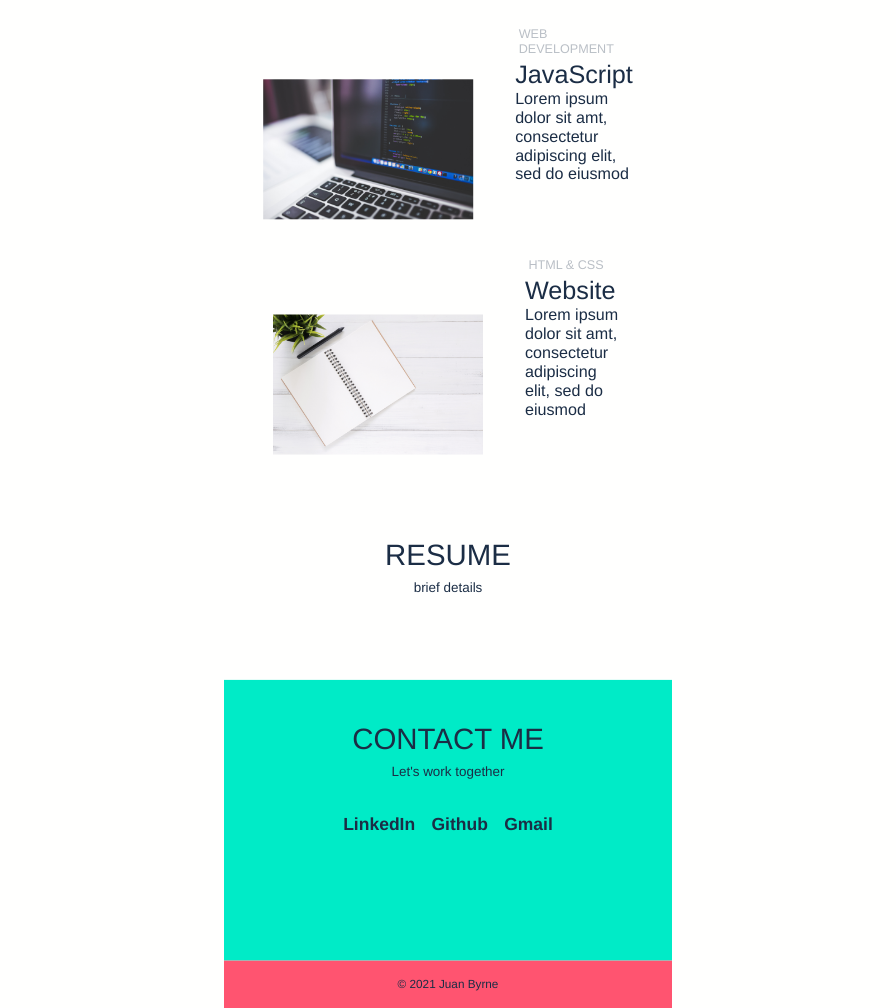
Repository: jb150524/JB-Portfolio
Page: index.html
These files come from the project's save history. The page is drawn as it stood at one moment and after the next save; the edit follows.
The browser window is 1280 px wide. The pictures show the part of the page from y = 2786 to 4706 px (the page is 4226 px tall before and 4706 px after), at 70% of full size.
Some icons come from a web library that is not loaded, so they are not drawn.

Above is the page before, as saved 2021-07-24 19:52:15.

### index.html
<!DOCTYPE html>
<!-- saved from url=(0053)file:///Users/jja/FullStack_HW/juanwebsite/index.html -->

    <html lang="en"><head><meta http-equiv="Content-Type" content="text/html; charset=UTF-8">

    <meta http-equiv="X-UA-Compatible" content="IE=edge">
    <meta name="viewport" content="width=device-width, initial-scale=1.0">

    <!-- CSS style sheet -->
    <link rel="stylesheet" href="style.css">



    <title>Juan's Portfolio</title>
    </head>

    <body>
    <header>
      <nav class="top-nav">
       <ul class="nav-list">
       <li>
       <a href="file:///Users/jja/FullStack_HW/juanwebsite/index.html">Home</a>
       <a href="file:///Users/jja/FullStack_HW/juanwebsite/index.html#about">About</a>
       <a href="file:///Users/jja/FullStack_HW/juanwebsite/index.html#portfolio">Portfolio</a>
       <a href="file:///Users/jja/FullStack_HW/juanwebsite/index.html#resume">Resume</a>
       <a href="file:///Users/jja/FullStack_HW/juanwebsite/index.html#contact">Contact</a>
       </li>
      </ul>
      </nav>

    <div class="main">
      <div class="landing-text">
        <h1>JuanByrne</h1>
        <h6>Graphic Designer and Web Developer</h6>
      </div>
    </div>
    </header>

    <section class="about" id="about">
      <div class="container">
        <a class="about-details">
        <div class="about-heading">
        <h1>About</h1>
        <h6>Myself</h6>
      </div>
        <p>
        I'm a Graphic Designer trying to become a full stack developer. I am from Guadalajara, Mexico. I was born in Mexico, but at a young age I moved to the USA. One of my favorite hobbies is playing competative soccer. Playing soccer has taught me perseverance, how to be a team player, and most importantly how to lose. I currently live in Wayne, Pennsylvania, but have previously lived in Guadalajara, Mexico and Orange County, California. I want to become a web developer because I want to learn a skill that motivates me and pushes me to try new things. I am excited about web developing and want a career that gives me a spark, like I get when I play soccer, with competitiveness, passion, and the belief that I can succeed.
        </p>
        </a>
        </div>
        </section>
        <a class="about-details">
          <section class="experience" id="experience">
            <div class="container">
                <div class="section-heading">
                <h1>Experience</h1>
                <h6>What I can do for you</h6>
            </div>
        <div class="my-skills">
          <div class="skills" ="">
           <div class="icon-container">
            <i class="fas fa-code"></i>
          </div>
          <h1>Graphic Designer</h1>
            <p>
            I'm a Graphic Designer with 2 years of experience working in the advertising industry. Possesses a high degree of competence using programs such as Adobe Photoshop, InDesign, and HTML & CSS.
            </p>
        </div>

        <div class="skills">
          <div class="icon-container">
          <i class="fas fa.codse"></i>
          </div>
          <h1>Web Development</h1>
          <p>
          Learning to become a Web developer and to sharpen my skills. I have a great understanding in Javascript and HTML & CSS.
          </p>
        </div>
        </div>
        </div>
        </section>
        </a>
        <section class="portfolio" id="portfolio"><a class="about-details">
          </a>
          <div class="container"><a class="about-details">
          <div class="section-heading">
           <h1>Portfolio</h1>
           <h6>View my recent work</h6>
        </div>
          </a>
          <div class="portfolio-item"><a class="about-details">
          <div class="portfolio-img has-margin-right">
            <img src="images/desk.jpg" alt="">
          </div>
            </a><div class="portfolio-description"><a class="about-details">
              <h6>Graphic Designer</h6>
              <h1>Illustrator</h1>
              <p>
              Designed content for customer brochure, banners and rack cards using Adobe Illustrator, Adobe InDesign and Photoshop.
              </p>
            </a><a href="file:///Users/jja/FullStack_HW/juanwebsite/index.html#" class="cta"> View Details</a>
        </div>
        </div>
        <div>
        <div class="portfolio-item">
          <div class="portfolio-img has-margin-right">
            <img src="images/laptop.jpg" alt="">
            </div>
            <div class="portfolio-description">
            <h6>Web Development</h6>
            <h1>JavaScript</h1>
            <p>
            Lorem ipsum dolor sit amt, consectetur adipiscing elit, sed do eiusmod
            </p>
            <a href="file:///Users/jja/FullStack_HW/juanwebsite/index.html#" class="cta"> View Details</a>
            </div>
        </div>
        <div>
          <div class="portfolio-item">
            <div class="portfolio-img has-margin-right">
            <img src="images/notebook.jpg" alt="">
            </div>
            <div class="portfolio-description">
            <h6>HTML & CSS</h6>
            <h1>Website</h1>
            <p>
            Lorem ipsum dolor sit amt, consectetur adipiscing elit, sed do eiusmod
            </p>
            <a href="file:///Users/jja/FullStack_HW/juanwebsite/index.html#" class="cta"> View Details</a>
            </div>
            </div>
            </div>
          </div>
        </div>
        </section>

    <section class="resume" id="resume">
      <div class="container">
        <div class="section-heading">
        <h1>Resume</h1>
        <h6>brief details</h6>
      </div>

    <section class="contact" id="contact">
        <div class="container">
          <div class="section-heading">
          <h1>Contact Me</h1>
          <ul>
          <li>
          <h6>Let's work together</h6>
          <a href="file:///Users/jja/FullStack_HW/juanwebsite/www.linkedin.com/in/juan-byrne-43869ab7">LinkedIn</a>
          <a href="https://github.com/jb150524">Github</a>
          <a href="file:///Users/jja/FullStack_HW/juanwebsite/juan1505@gmail.com">Gmail</a>
          </li>
          </ul>
        </div>
       </div>
    </section>

    <footer class="copyright">
      <div class="up" id="up">
       <i class="fas fa-chevron-up"></i>
      </div>
      <p>© 2021 Juan Byrne</p>
    </footer>
  </div>
  </section>

   <!-- adding icons -->
   <script src="https://fontawesome.com/v5.15/icons/code?style=solid" crossorigin="anonymous"></script>

</body>
</html

### style.css
/* Start global*/

* {
    margin: 0;
    padding: 0;
    box-sizing: border-box;
}

html {
    font-size: 12px;
    font-family: Helvetica, sans-serif;
    /* color: rgb(255, 255, 255); */
}

body {
    width: 100%;
    height: 100%;
    background-color: #fffffe;
    background-size: cover;
}

section {
    padding: 60px 0;
}

h6 {
    color: #1b2d45;
    margin: 5px;
}

a {
    text-decoration: none;
    color: #1b2d45;
}

p {
   font-size: 23px;
   font-weight: 300;
   color: #1b2d45;
}



img {
    max-width: 100%;
    height: auto;
}

.main {
    padding: 16px;
    margin-top: 30px;
    height: 1500px; /* Used in this example to enable scrolling */
  }

/* Start reusable*/

.container {
    width: 50%;
    max-width: 120rem;
    height: 100%;
    margin: 0 auto;
    position: relative;
}

.container-details p {
    font-size: 200px;
    padding: 35px;
}

.section-heading {
    text-align: center;
    margin-bottom: 10rem;
}

.section-heading h1 {
    font-family: major mono display, Helvetica, sans-serif;
    font-size: 3.5rem;
    color: #1b2d45;
    text-transform: uppercase;
    font-weight: 300;
    position: relative;
    margin-bottom: 1rem;
}

.section-heading h1::before,
.section-heading h1::after {
    content: "";
    position: absolute;
    bottom: -.5rem;
    left: 50%;
    transform: translateX(-59%);
    background: color #fff8e8;
}

.section-heading h1::before {
    width: 10rem;
    height: 3px;
    border-radius: .8rem;
}

.section-heading h1::after {
    height: 1.5rem;
    border-radius: .100%;
    bottom: 1rem;
}

.section-heading h6 {
    font-size: 1.6rem;
    font-weight: 300;
    margin-bottom: 50px;
}

.has-margin-right {
    margin-right: 5rem;
}
/* End reusable*/

/* Start header*/
header {
    width: 100%;
    height: 100vh;
}

.nav-list {
    z-index: 2;
    top: 0;
    background:#00ebc7;
    overflow: hidden;
    font-size: 35px;
    font-family: major mono display;
    margin: 0;
    padding: 20px;
    position: fixed;
    list-style: none;
    width: 100%;
    display: flex;
    justify-content: center;
    align-items: flex-start;
    text-decoration: none;
}

li {
    margin: 0;
    list-style: none;
}

.nav-link {
    font-family: Arial, Helvetica, sans-serif;
    font-size: 15px;
    padding: 5px;
}

.nav-link:hover,
.nav-ink:focus {
    background: linear-gradient(to top, #5725b3, #9e91e9 );
    -webkit-background-clip: text;
    -webkit-text-fill-color: transparent;

}

.landing-text{
    position: absolute;
    top: 50%;
    left: 50%;
    transform: translate(-50%, -50%);
    width: 100%;
    text-align: center;
    z-index: 1;
}

.landing-text h1 {
    font-size: 150px;
    font-family: major mono display, Helvetica, sans-serif, Helvetica, sans-serif;
    background: linear-gradient(to top, #110202, #000000 );
    -webkit-background-clip: text;
    -webkit-text-fill-color: transparent;
    padding: 1rem;
    user-select: none;

}

.landing-text h6 {
    font-size: 2rem;
    font-weight: 300;
}
/* End header*/

.about .container {
    display: flex;
    align-items: center;
    justify-content: center;
}

.about-heading {
    text-align: center;
    text-transform: uppercase;
    line-height: 10px;
    margin-bottom: 6rem;
}

.about-heading h1 {
    font-size: 10rem;
    opacity: .3;
    font-family: major mono display;
}

.about-heading h6 {
    font-size: 2rem;
    font-weight: 300;
}

/* .about-container p {
   font-size: 50px;
} */

.profile-img {
    max-width: 100%;
    display: inline-block;
}

/* Start services*/

.my-skills {
    display: grid;
    grid-template-columns: repeat(auto-fit, minmax(25rem, 1fr));
    grid-gap: 2.5rem;
    text-align: center;
}

.skills p {
    padding: 15px 5px 5px 5px;
    text-align: left;
}

.skills h1 {
    text-transform: uppercase;
    letter-spacing: 2px;
    margin: 2rem -2px 2rem 0;
}

.icon-container {
    width: 10rem;
    height: 10rem;
    border: 2px solid #1b2d45;
    background-color: #00ebc7;
    margin-bottom: 2rem;
    display: inline-block;
}

.icon-container i {
    color:#1b2d45;
    font-size: 5rem;
    margin: auto;
}
/* End services*/

/* Start portfolio*/

.portfolio-item {
    display: flex;
    align-items: end;
    justify-content: center;
    flex-direction: row;
    flex-wrap: wrap;
    align-content: stretch;
    margin-bottom: 50px;

}
.portfolio-img {
    width: 300px;
    height: 200px;
    background-size: 100%;
}

.portfolio-item:last-child {
    margin: 0;
}

.portfolio-description {
    flex: .5;
    color: #1b2d45;

}

.portfolio-description h1 {
    font-size: 3rem;
    font-weight: 300;
    margin: 1px 0;
    display: contents;
}

.portfolio-description h6 {
    font-size: 1.5rem;
    text-transform: uppercase;
    font-weight: 300;
    opacity: 0.3;
}

.portfolio-description .cta {
    display: inline-block;
    margin-top: 2.5rem;
    font-size: 1.5rem;
    text-transform: uppercase;
    color: #fffffe;
    transition: color 650ms;
}

.portfolio-description .cta:hover {
    color: #2f67cd;
}
/* End portfolio*/


/*Star contact*/

.contact {
    background-color:#00ebc7;
}

.contact a {
    font-weight: bold;
    margin: 10px;
    margin-top: 20px;
    padding: 15px 0;
    text-align: center;
    font-size: 25px;
}

/*End contact*/

/*Star footer*/

.copyright {
    width: 100%;
    text-align: center;
    background-color:#ff5470;
    padding: 2rem 0;
    position: absolute;
    display: block;
}

/* .up {
    position: absolute;
    width: 5rem;
    height: 5rem;
    background-color: burlywood;
    top: -2.5rem;
    right: 5rem;
    border-radius: 100%;
    display: flex;
    animation: pulse 2s infinite;
    cursor: pointer;
}

.up i {
    color: navy;
    font-size: 2rem;
    margin: auto;
} */

.copyright p {
    font-size: 1.4rem;
}
/*End footer*/

/*Start Button animation*/

@keyframes pulse {
    0%{
        box-shadow: 0 0 0 0 rgba(253, 87, 191, 0.99);
    }
    70%{
        box-shadow: 0 0 0 2rem rgba(253, 87, 191, 0);
    }
    100%{
        box-shadow: 0 0 0 0 rgba(253, 87, 191, 0);
    }
}
/*End Button animation*/

/*Start media queries*/

@media screen and (max-width: 768px) {
    body {
        background-color: #fffffe;
        background-size: cover;
    }

    .landing-text h1 {
        font-size: 70px;
    }

    .landing-text h6 {
        font-size: 1.7rem;
    }

    .nav-list {
        font-size: 15px;
    }

    li {
        margin: 2rem 0;
    }

    .nav-ink {
        font-size: 4.5rem;
    }

    .about-heading {
        font-size: 15px;
    }

    .section-heading h1 {
        font-size: 3rem;
    }

    .about-details .nav-list {
        flex-direction: initial;
    }

    .about-details li {
        font-size: 10px;
        margin: 0 2rem;
    }

@media screen and (max-width: 600px) {

    .landing-text h1 {
        font-size: 8rem;
    }

    .landing-text h6 {
        font-size: 1.4rem;
    }

    .nav-link {
        font-size: 3.5rem;
    }

    .profile-img {
        margin-top: 0 0 7rem 0;
    }

    .portfolio-item {
        flex-direction: column;
    }

    .portfolio-img {
        margin: 0 0 2rem 0;
        order: 1;
    }

    .portfolio-description {
        margin: 0;
        order: 2;
    }

    form {
        width: 100%;
    }

    .up {
        right: 2rem;
    }
}
/*End media queries*/

After the next save:
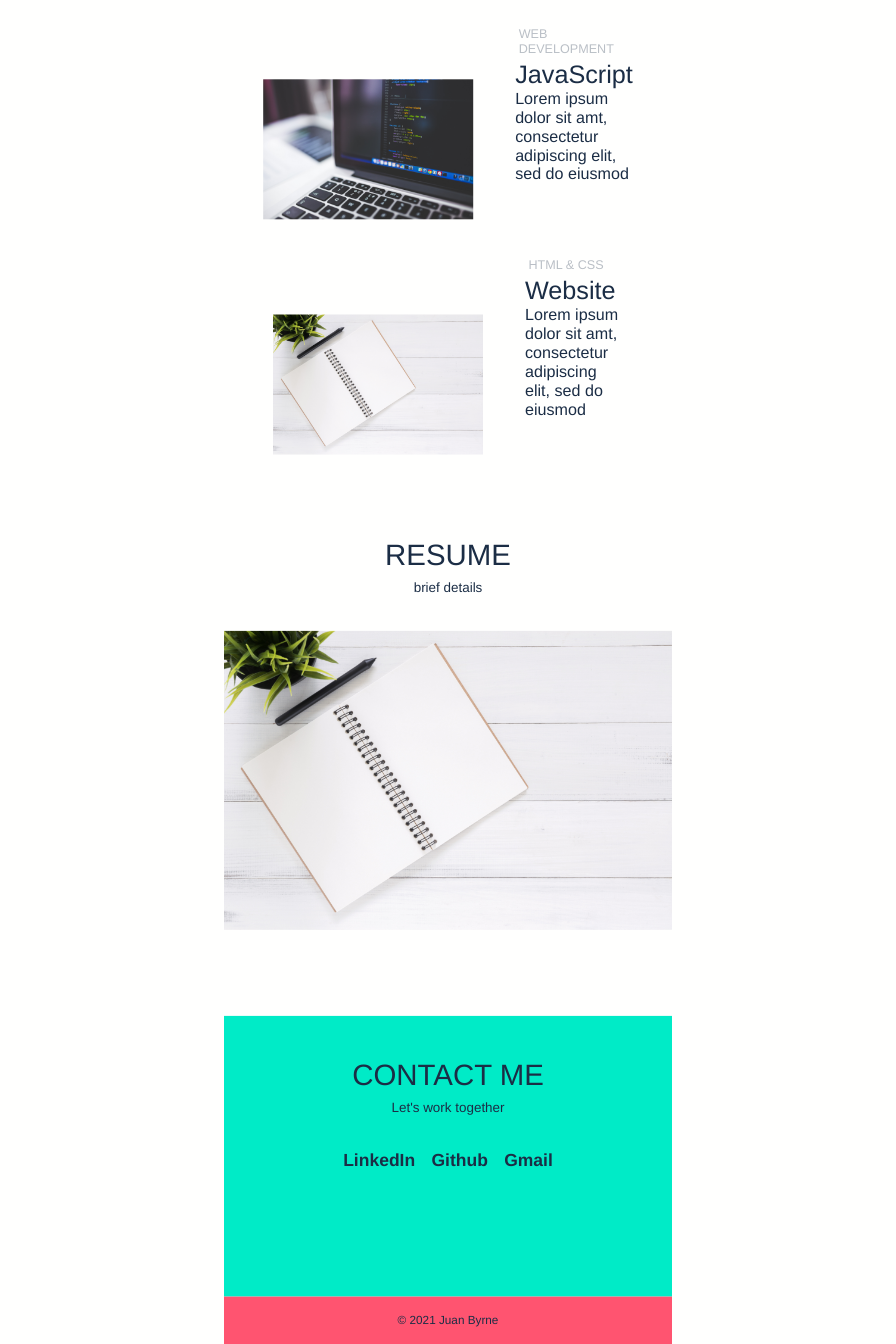
Saved 3 min 11 s later.
--- a/index.html
+++ b/index.html
@@ -139,6 +139,7 @@
         <div class="section-heading">
         <h1>Resume</h1>
         <h6>brief details</h6>
+        <img src="images/notebook.jpg" alt="">
       </div>
 
     <section class="contact" id="contact">
